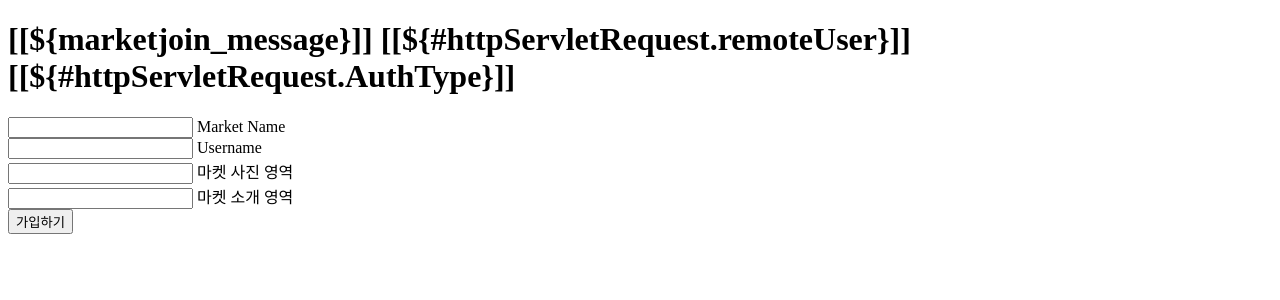
Repository: hisouske/test0325
Page: demo/test0325/src/main/resources/templates/marketjoin.html
The author's editor kept a copy of each file at every save. The page is drawn from the files as they stood at one save, then again after the next save.
The browser window is 1280 px wide. The pictures show the whole page.

Above is the page before, as saved 2020-04-08 15:42:07.

### demo/test0325/src/main/resources/templates/marketjoin.html
<!DOCTYPE html>

<html xmlns="http://www.w3.org/1999/xhtml" xmlns:th="https://www.thymeleaf.org" xmlns:sec="https://www.thymeleaf.org/thymeleaf-extras-springsecurity3">
<form class="signup-form" action="/marketjoinok" method="POST">
    <h1 class="h3 mb-3 font-weight-normal">[[${marketjoin_message}]] [[${#httpServletRequest.remoteUser}]]   [[${#httpServletRequest.AuthType}]]
    </h1>
   <!----> <input type="hidden" th:name="${_csrf.parameterName}" th:value="${_csrf.token}" />
   <div class="row">
    <div class="input-field col s12">
      <input id="market_name" name="mid" type="text" class="validate"/>
      <label for="market_name">Market Name</label>
    </div>
  </div>
   <div class="row">
      <div class="input-field col s12">
        <input id="user_name" name="uid" type="text"  class="validate"/>
        <label for="user_name">Username</label>
      </div>
    </div>

    <div class="row">
      <div class="input-field col s12">
        <input id="market_pic" name="mpic" type="text" class="validate"/>
        <label for="market_pic">마켓 사진 영역</label>
      </div>

    <div class="row">
        <div class="input-field col s12">
          <input id="market_intro" name="mintro" type="text" class="validate"/>
          <label for="market_intro">마켓 소개 영역</label>
        </div>
    </div>
    <input class="signup-btn waves-effect waves-light btn" type="submit" value="가입하기" />
  </form></html>

After the next save:
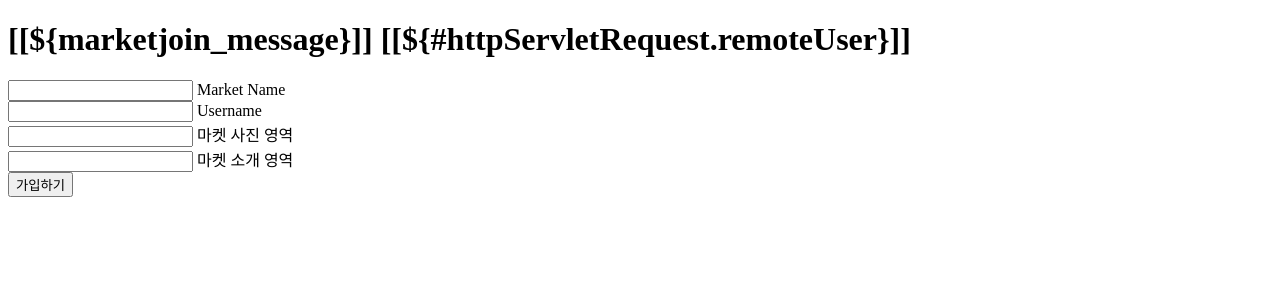
Saved 39 s later.
--- a/demo/test0325/src/main/resources/templates/marketjoin.html
+++ b/demo/test0325/src/main/resources/templates/marketjoin.html
@@ -2,7 +2,7 @@
 
 <html xmlns="http://www.w3.org/1999/xhtml" xmlns:th="https://www.thymeleaf.org" xmlns:sec="https://www.thymeleaf.org/thymeleaf-extras-springsecurity3">
 <form class="signup-form" action="/marketjoinok" method="POST">
-    <h1 class="h3 mb-3 font-weight-normal">[[${marketjoin_message}]] [[${#httpServletRequest.remoteUser}]]   [[${#httpServletRequest.AuthType}]]
+    <h1 class="h3 mb-3 font-weight-normal">[[${marketjoin_message}]] [[${#httpServletRequest.remoteUser}]]
     </h1>
    <!----> <input type="hidden" th:name="${_csrf.parameterName}" th:value="${_csrf.token}" />
    <div class="row">
